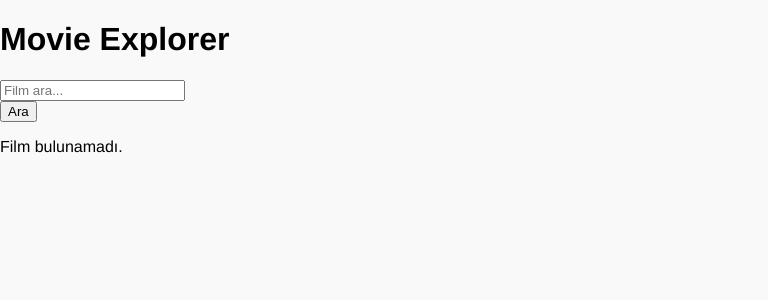
Repository: denizdizi/movie-explorer
Page: /
An editor plug-in stored every save of this project. The page is shown before and after the next save, followed by the edit.
The browser window is 768 px wide. The pictures show the whole page.
The page's requests for data from a server got no answer. The project was rebuilt for these pictures with package versions that can differ from the ones it lists, and the page was loaded fresh each time. No one was signed in, and anything a server would have sent is missing. Also part of the build but not shown: src/App.css, src/components/MovieCard.js.

Above is the page before, as saved 2025-03-28 11:08:57.

### src/index.js
import React from 'react';
import ReactDOM from 'react-dom/client';
import './index.css';
import App from './App';
import reportWebVitals from './reportWebVitals';
import { Provider } from 'react-redux';
import store from "./store/store";

const root = ReactDOM.createRoot(document.getElementById('root'));
root.render(
  <Provider store={store}>
    <App />
  </Provider>
);

// If you want to start measuring performance in your app, pass a function
// to log results (for example: reportWebVitals(console.log))
// or send to an analytics endpoint. Learn more: https://bit.ly/CRA-vitals
reportWebVitals();

### src/App.js
import './App.css';
import React from "react";
import { BrowserRouter as Router, Routes, Route } from "react-router-dom";
import Home from "./pages/Home";
import "./styles/global.scss";

function App() {
  return (
    <Router>
      <Routes>
        <Route path="/" element={<Home />} />
        {/* <Route path="/movie/:id" element={<MovieDetails />} /> */}
      </Routes>
    </Router>
  );
}

export default App;

### src/store/store.js
import { createStore, applyMiddleware, combineReducers } from "redux";
import { thunk } from "redux-thunk";
import movieReducer from "./reducers";

const rootReducer = combineReducers({
  movies: movieReducer,
});

const store = createStore(rootReducer, applyMiddleware(thunk));

export default store;

### src/pages/Home.js
import React, { useEffect } from "react";
import { useDispatch, useSelector } from "react-redux";
import { fetchMovies } from "../store/actions";
import MovieList from "../components/MovieList";
import SearchBar from "../components/SearchBar";

const Home = () => {
  const dispatch = useDispatch();
  const { movies, loading, error } = useSelector((state) => state.movies);

  useEffect(() => {
    dispatch(fetchMovies("pokemon")); // Varsayılan olarak bir film listesi getir
  }, [dispatch]);

  return (
    <div>
      <h1>Movie Explorer</h1>
      <SearchBar />
      {loading && <p>Yükleniyor...</p>}
      {error && <p>Hata: {error}</p>}
      <MovieList movies={movies} />
    </div>
  );
};

export default Home;

### src/styles/global.scss
body {
    font-family: 'Franklin Gothic Medium', 'Arial Narrow', Arial, sans-serif;
    background-color: #f9f9f9;
}

.movie-list {
    justify-content: center;
}

.movie-line {
  display: flex;
  align-items: center;
  margin-bottom: 2em;
  background-color: #f9f9f9;
  gap: 2em;
  justify-content: center;
}

.movie-card {
  width: 200px; /* Kartın genişliği */
  height: 300px; /* Kartın yüksekliği */
  border-radius: 10px; /* Köşeleri yuvarlat */
  box-shadow: 0 4px 8px rgba(0, 0, 0, 0.2); /* Gölgelendirme */
  overflow: hidden; /* İçerik taşmasını engelle */
  background-color: #fff; /* Arka plan beyaz */
  display: flex;
  flex-direction: column; /* İçeriği dikey yerleştir */
  align-items: center;
  justify-content: flex-start; /* Başlık ve içerikler üst kısımda yer alsın */
  padding: 10px;
  border: 1px solid #ddd; /* Çerçeve */
}

.img-container {
  width: 100%; /* Konteynerin genişliği */
  height: 60%; /* Resmin yüksekliği */
  overflow: hidden;
  padding: 0; /* Paddingi sıfırlayın */
  display: flex;
  justify-content: center;
  align-items: center; /* Resmin ortalanması için */
  border-radius: 5px;
}

.img-container img {
  width: 100%;
  height: 100%;
  object-fit: cover; /* Resmi konteynere tam sığdır */
  object-position: center;
}

.movie-card h3 {
  margin-top: 10px;
  font-size: 16px;
  text-align: center;
}

@media (max-width: 700px) {
  .movie-line {
    flex-direction: column;
  }

  .img-container {
    height: 60%; /* Küçük ekranlarda img-container yüksekliğini azaltın */
  }
}

### src/store/reducers.js
import { FETCH_MOVIES_REQUEST, FETCH_MOVIES_SUCCESS, FETCH_MOVIES_FAILURE } from "./actions";

const initialState = {
  movies: [],
  loading: false,
  error: null,
};

const movieReducer = (state = initialState, action) => {
  switch (action.type) {
    case FETCH_MOVIES_REQUEST:
      return { ...state, loading: true };
    case FETCH_MOVIES_SUCCESS:
      return { ...state, loading: false, movies: action.payload };
    case FETCH_MOVIES_FAILURE:
      return { ...state, loading: false, error: action.payload };
    default:
      return state;
  }
};

export default movieReducer;

### src/store/actions.js
import { searchMovies } from "../utils/api";

export const FETCH_MOVIES_REQUEST = "FETCH_MOVIES_REQUEST";
export const FETCH_MOVIES_SUCCESS = "FETCH_MOVIES_SUCCESS";
export const FETCH_MOVIES_FAILURE = "FETCH_MOVIES_FAILURE";

export const fetchMovies = (query = "pokemon", page = 1) => async (dispatch) => {
  dispatch({ type: FETCH_MOVIES_REQUEST });

  try {
    const movies = await searchMovies(query, page);
    dispatch({ type: FETCH_MOVIES_SUCCESS, payload: movies });
  } catch (error) {
    dispatch({ type: FETCH_MOVIES_FAILURE, payload: error.message });
  }
};

### src/components/MovieList.js
import React from "react";
import MovieCard from "./MovieCard";

const MovieList = ({ movies }) => {
  if (!movies || movies.length === 0) {
    return <p>Film bulunamadı.</p>;
  }

  return (
    <div className="movie-list">
      <div className="row movie-line">
        {movies.slice(0, 5).map((movie) => (
          <MovieCard key={movie.imdbID} movie={movie} />
        ))}
      </div>
      <div className="row movie-line">
        {movies.slice(5, 10).map((movie) => (
          <MovieCard key={movie.imdbID} movie={movie} />
        ))}
      </div>
    </div>
  );
};

export default MovieList;

### src/components/SearchBar.js
import React, { useState } from "react";
import { useDispatch } from "react-redux";
import { fetchMovies } from "../store/actions";

const SearchBar = () => {
  const [query, setQuery] = useState("");
  const dispatch = useDispatch();

  const handleSearch = (e) => {
    e.preventDefault();
    if (query.trim() !== "") {
      dispatch(fetchMovies(query));
    }
  };

  return (
    <form onSubmit={handleSearch} className="search-bar">
      <div className="input-wrapper">
        <input
          type="text"
          placeholder="Film ara..."
          value={query}
          onChange={(e) => setQuery(e.target.value)}
          className="search-input"
        />
      </div>
      <button type="submit" className="search-btn">
        Ara
      </button>
    </form>
  );
};

export default SearchBar;

### src/utils/api.js
import axios from "axios";

const API_KEY = "df54e6ed";
const BASE_URL = "https://www.omdbapi.com/";

export const searchMovies = async (text = "pokemon", page = 1) => {
  try {
    const response = await axios.get(BASE_URL, {
      params: {
        apikey: API_KEY,
        s: text,
        page: page,
      },
    });
    return response.data.Search;
  } catch (error) {
    console.error("Film arama hatası:", error);
    return [];
  }
};

export const getMovieDetails = async (movieID) => {
  try {
    const response = await axios.get(BASE_URL, {
      params: {
        apikey: API_KEY,
        i: movieID,
      },
    });
    return response.data;
  } catch (error) {
    console.error("Film detaylarını getirme hatası:", error);
    return null;
  }
};

Loaded but not shown: public/index.html (common file); src/index.css (common file); src/reportWebVitals.js (common file); src/styles/movie.scss (no stored copy; drawn as an empty file)

After the next save:
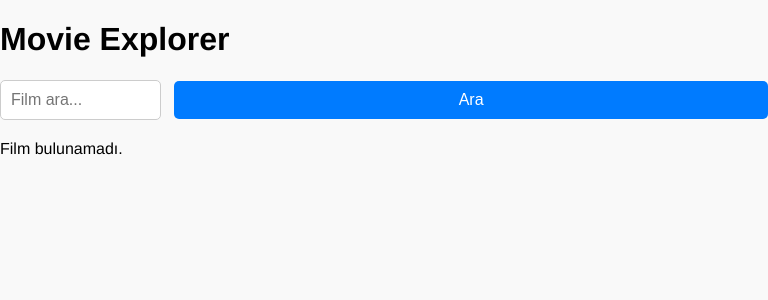
Saved 31 s later.
--- a/src/styles/global.scss
+++ b/src/styles/global.scss
@@ -64,3 +64,72 @@ body {
     height: 60%; /* Küçük ekranlarda img-container yüksekliğini azaltın */
   }
 }
+
+.search-bar {
+    display: flex;
+    align-items: center;
+    justify-content: center;
+    margin: 20px 0;
+  }
+
+  .input-wrapper {
+    display: flex;
+    position: relative;
+  }
+
+  .search-input {
+    padding: 10px;
+    font-size: 1rem;
+    border-radius: 5px;
+    border: 1px solid #ccc;
+    width: 300px;
+    transition: all 0.3s ease;
+  }
+
+  .search-input:focus {
+    border-color: #007bff;
+    outline: none;
+  }
+
+  .clear-btn {
+    position: absolute;
+    top: 50%;
+    right: 10px;
+    transform: translateY(-50%);
+    background: none;
+    border: none;
+    font-size: 18px;
+    color: #ccc;
+    cursor: pointer;
+    transition: color 0.3s;
+  }
+
+  .clear-btn:hover {
+    color: #007bff;
+  }
+
+  .search-btn {
+    padding: 10px 20px;
+    background-color: #007bff;
+    color: white;
+    border: none;
+    border-radius: 5px;
+    cursor: pointer;
+    margin-left: 10px;
+    font-size: 1rem;
+  }
+
+  .search-btn:hover {
+    background-color: #0056b3;
+  }
+
+  @media (max-width: 768px) {
+    .search-input {
+      width: 80%; /* Daha dar ekranlarda genişliği azalt */
+    }
+
+    .search-btn {
+      width: 100%; /* Butonun genişliğini %100 yaparak alt satıra taşınmasını engelle */
+      margin-left: 0;
+    }
+  }
